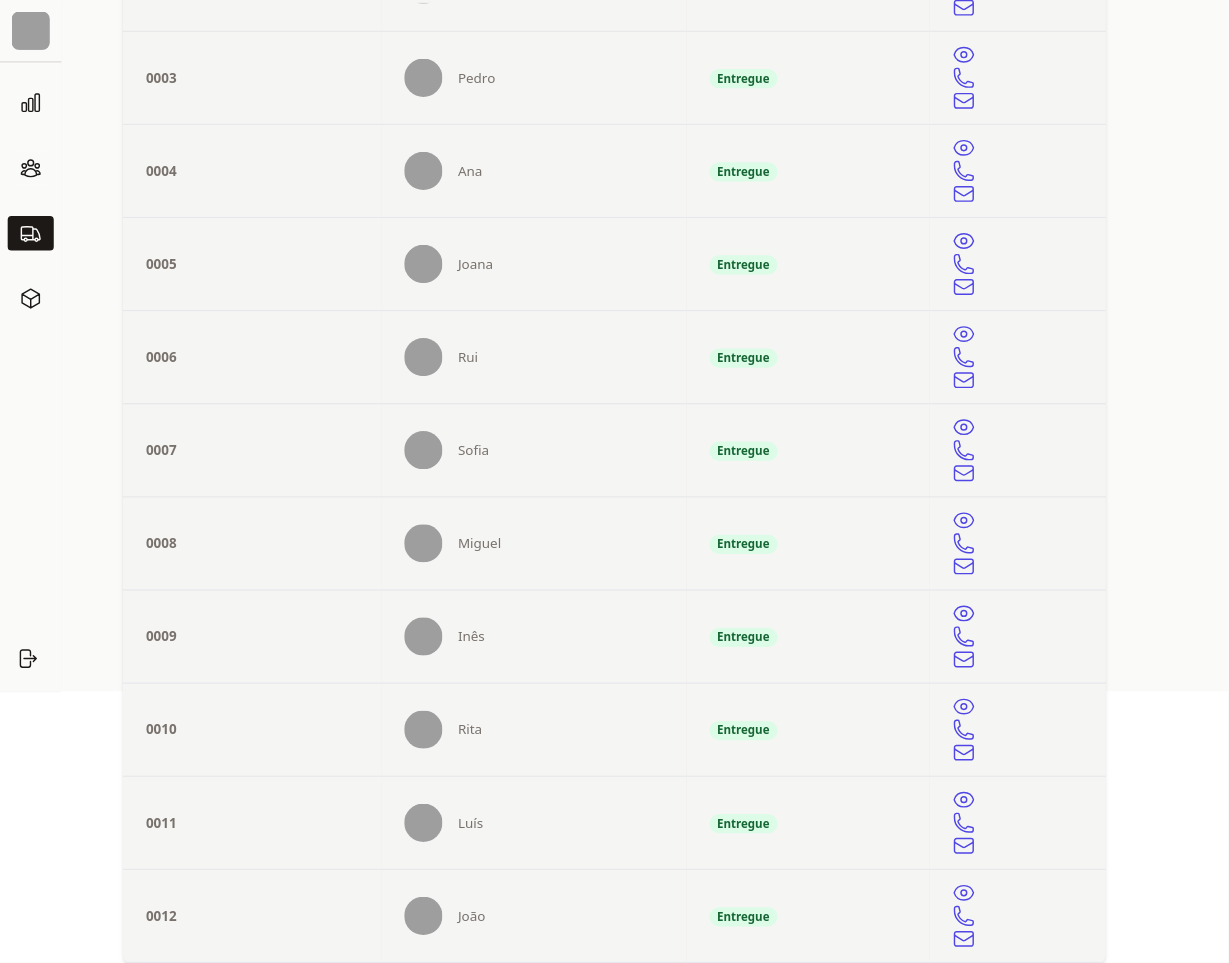
Repository: XavierOtavio/Cuzinhas
Page: /dashboard/orders
The author's editor kept a copy of each file at every save. The page is drawn from the files as they stood at one save, then again after the next save.
The browser window is 1280 px wide. The pictures show the whole page, at 96% of full size.
Pictures or frames that could not be fetched are drawn as grey boxes. The project was rebuilt for these pictures with package versions that can differ from the ones it lists, and the page was loaded fresh each time. Also part of the build but not shown: src/components/Logotipo.js, src/components/Header.js, src/components/Dashboard.js, src/components/Login.js, src/components/Register.js, src/components/Home.js, src/components/LayoutFront.js.

Above is the page before, as saved 2023-03-08 15:40:14.

### src/App.js
import { Route, Routes } from "react-router-dom";
import Header from "./components/Header";
import LayoutBackend from "./components/LayoutBackend";
import Dashboard from "./components/Dashboard";
import Orders from "./components/Orders";
import Login from "./components/Login";
import Register from "./components/Register";
import Home from "./components/Home";
import LayoutFront from "./components/LayoutFront";

function App() {
  return (
    <div className="App">
      <Routes>
        <Route path="/dashboard" element={<LayoutBackend />}>
          <Route path="" element={<Dashboard />} />
          <Route path="orders" element={<Orders />} />
        </Route>
        <Route path="" element={<LayoutFront />}>
          <Route path="/" element={<Home />} />
        </Route>
        <Route path="/login" element={<Login />} />
        <Route path="/register" element={<Register />} />
      </Routes>
    </div>
  );
}

export default App;

### src/components/LayoutBackend.js
import React from "react";
import SideBar from "./SideBar";
import { Outlet } from "react-router-dom";

export default function LayoutBackend() {
  return (
    <>
      <div className="absolute h-screen w-screen">
        <SideBar />
        <div className="relative flex h-full items-center justify-center bg-stone-50">
          <Outlet />
        </div>
      </div>
    </>
  );
}

### src/components/Orders.js
import { EyeIcon, PhoneIcon, EnvelopeIcon } from "@heroicons/react/24/outline";
import { useState } from "react";

export default function Orders() {
  const [search, setSearch] = useState({ status: "" });
  let orders = [
    {
      id: "0001",
      name: "José",
      profilePhoto:
        "https://fd230791b4.cbaul-cdnwnd.com/6573da65277e34d2c8f10c32c9f32cbf/200000001-4c1aa4d753/1246700716628_f.jpg",
      status: "Canceled",
      phone: "912345678",
      email: "jose@cuzinhas.pt",
    },
    {
      id: "0002",
      name: "Maria",
      status: "Refunded",
      phone: "912345678",
      email: "jose@cuzinhas.pt",
    },
    {
      id: "0003",
      name: "Pedro",
      profilePhoto:
        "https://media.npr.org/assets/img/2022/11/08/ap22312071681283-0d9c328f69a7c7f15320e8750d6ea447532dff66.jpg",
      status: "PendingPayment",
      phone: "912345678",
      email: "jose@cuzinhas.pt",
    },
    {
      id: "0004",
      name: "Ana",
      profilePhoto:
        "https://politics.princeton.edu/sites/default/files/styles/square/public/images/Aseel%20Profile%20Pic.jpg?h=96281f56&itok=_XvylDKQ",
      status: "Assembling",
      phone: "912345678",
      email: "jose@cuzinhas.pt",
    },
    {
      id: "0005",
      name: "Joana",
      profilePhoto:
        "https://politics.princeton.edu/sites/default/files/styles/square/public/images/YutianAn0919_0004.jpg?h=6bb51d0e&itok=D-1_EYgw",
      status: "Scheduling",
      phone: "912345678",
      email: "jose@cuzinhas.pt",
    },
    {
      id: "0006",
      name: "Rui",
      profilePhoto:
        "https://politics.princeton.edu/sites/default/files/styles/square/public/images/p-5.jpeg?h=87dbaab7&itok=ub6jAL5Q",
      status: "Scheduled",
      phone: "912345678",
      email: "jose@cuzinhas.pt",
    },
    {
      id: "0007",
      name: "Sofia",
      profilePhoto:
        "https://politics.princeton.edu/sites/default/files/styles/square/public/images/Elizabeth-Bachman_092721_0003.jpg?h=102c6dce&itok=uL0Sbls1",
      status: "Canceled",
      phone: "912345678",
      email: "jose@cuzinhas.pt",
    },
    {
      id: "0008",
      name: "Miguel",
      profilePhoto:
        "https://politics.princeton.edu/sites/default/files/styles/square/public/images/GordonArsenoff_072721_0014-edit%20%281%29.jpg?h=39a78a6d&itok=hgDXBQsE",
      status: "Refunded",
      phone: "912345678",
      email: "jose@cuzinhas.pt",
    },
    {
      id: "0009",
      name: "Inês",
      profilePhoto:
        "https://politics.princeton.edu/sites/default/files/styles/square/public/images/p-4.jpeg?h=6d5fbd74&itok=UAzUQXdO",
      status: "PendingPayment",
      phone: "912345678",
      email: "jose@cuzinhas.pt",
    },
    {
      id: "0010",
      name: "Rita",
      profilePhoto:
        "https://politics.princeton.edu/sites/default/files/styles/square/public/images/Al-Shami.jpeg?h=227444a7&itok=hmE_Lctk",
      status: "Assembling",
      phone: "912345678",
      email: "jose@cuzinhas.pt",
    },
    {
      id: "0011",
      name: "Luís",
      profilePhoto:
        "https://politics.princeton.edu/sites/default/files/styles/square/public/images/Alkhawaldeh_Headshot.jpg?h=6a43611b&itok=RFd3qC78",
      status: "Scheduling",
      phone: "912345678",
      email: "jose@cuzinhas.pt",
    },
    {
      id: "0012",
      name: "João",
      profilePhoto:
        "https://politics.princeton.edu/sites/default/files/styles/square/public/images/Greg%20Amusu%20Department%20Photo%20%28002%29%202.jpeg?itok=lqtdmKJB",
      status: "Scheduled",
      phone: "912345678",
      email: "jose@cuzinhas.pt",
    },
  ];

  const filteredOrders = orders.filter((order) => {
    if (search.status === "") {
      return order;
    } else if (order.status === search.status) {
      return order;
    }
  });

  return (
    <div className="w-full mx-32 overflow-x-auto shadow-md sm:rounded-lg bg-stone-200">
      <div className="flex items-center justify-between pb-4">
        <div className="relative mx-6 my-3 flex-1">
          <select
            required
            value={search.admin}
            name="adminCheck"
            id="adminCheck"
            onChange={(e) =>
              setSearch((search) => ({ status: e.target.value }))
            }
            className="peer block w-full appearance-none border-0 border-b-2 border-gray-300 bg-transparent px-0 py-2.5 text-sm text-gray-900 focus:border-red-600 focus:outline-none focus:ring-0 "
          >
            <option value={""}>Todos</option>
            <option value={"Canceled"}>Cancelado</option>
            <option value={"Refunded"}>Reembolsado</option>
            <option value={"PendingPayment"}>À espera de pagamento</option>
            <option value={"Assembling"}>Em produção</option>
            <option value={"Scheduling"}>À espera de agendamento</option>
            <option value={"Scheduled"}>Agendado</option>
            <option value={"Assembling"}>Em instalação</option>
            <option value={"Done"}>Concluido</option>
          </select>
          <label
            htmlFor="adminCheck"
            className="absolute top-3 -z-10 origin-[0] -translate-y-6 scale-75 transform text-sm text-gray-500 duration-300 peer-placeholder-shown:translate-y-0 peer-placeholder-shown:scale-100 peer-focus:left-0 peer-focus:-translate-y-6 peer-focus:scale-75 peer-focus:font-medium peer-focus:text-orange-500"
          >
            Tipo de utilizador
          </label>
        </div>
        <div className="flex-[4]" />
      </div>
      <table className="w-full text-sm text-left text-stone-500">
        <thead className="text-xs text-stone-900 uppercase ">
          <tr>
            <th className="px-6 py-3" scope="col">
              Encomenda
            </th>
            <th className="px-6 py-3" scope="col">
              Cliente
            </th>
            <th className="px-6 py-3" scope="col">
              Estado
            </th>
            <th className="px-6 py-3" scope="col">
              Ações
            </th>
          </tr>
        </thead>
        <tbody>
          {filteredOrders.map((order) => (
            <tr key={order.id} className="bg-stone-100 border-b">
              <th
                scope="row"
                className="px-6 py-3 whitespace-nowrap cursor-pointer"
              >
                {order.id}
              </th>
              <td className="px-6 py-3 whitespace-nowrap cursor-pointer">
                <div className="flex items-center">
                  <div className="flex-shrink-0 h-10 w-10">
                    <img
                      className="h-10 w-10 rounded-full"
                      src={order.profilePhoto}
                      alt=""
                    />
                  </div>
                  <div className="ml-4">
                    <div className="text-sm font-medium">{order.name}</div>
                  </div>
                </div>
              </td>
              <td className="px-6 py-3 whitespace-nowrap">
                <span className="px-2 inline-flex text-xs leading-5 font-semibold rounded-full bg-green-100 text-green-800">
                  Entregue
                </span>
              </td>
              <td className="px-6 py-3">
                <div className="inline-grid col-span-3">
                  <EyeIcon className="text-indigo-600 hover:text-indigo-900 cursor-pointer w-6" />
                  <a href={`tel:${order.phone}`}>
                    <PhoneIcon className="text-indigo-600 hover:text-indigo-900 cursor-pointer w-6" />
                  </a>
                  <a href={`mail:${order.email}`}>
                    <EnvelopeIcon className="text-indigo-600 hover:text-indigo-900 cursor-pointer w-6" />
                  </a>
                </div>
              </td>
            </tr>
          ))}
        </tbody>
      </table>
    </div>
  );
}

### src/components/SideBar.js
import React from "react";
import { Link, useLocation } from "react-router-dom";
import {
  ArrowRightOnRectangleIcon,
  ChartBarIcon,
  CubeIcon,
  TruckIcon,
  UserGroupIcon,
} from "@heroicons/react/24/outline";

export default function SideBar() {
  const location = useLocation();
  return (
    <div className="absolute inset-y-0 left-0 z-10 w-16 shadow-sm bg-stone-50">
      <div>
        <div className="inline-flex h-16 w-16 items-center justify-center">
          <Link
            to="/profile"
            className="group relative flex justify-center rounded"
          >
            <img
              alt="user"
              className="rounded-lg h-10 w-10"
              src="https://cdn.discordapp.com/attachments/1082425024104894666/1082799435727253584/xSVMV6xD9Cf7K56wjeEF--1--2htnr.jpg"
            />
            <span className="absolute left-full text-left whitespace-nowrap top-1/2 ml-4 -translate-y-1/2 rounded bg-stone-900 px-2 py-1.5 text-xs font-medium text-stone-50 opacity-0 group-hover:opacity-100">
              Perfil <p className="font-light">Xavier Otávio</p>
            </span>
          </Link>
        </div>
        <div className="border-t border-stone-300">
          <nav aria-label="Main" className="flex flex-col p-2">
            <div className="py-4">
              <Link
                to="/dashboard"
                className={`group relative flex  justify-center rounded  px-2 py-1.5  ${
                  location.pathname === "/dashboard"
                    ? "bg-stone-900 text-stone-50"
                    : "bg-stone-50 text-stone-900"
                }`}
              >
                <ChartBarIcon className="h-6 w-6" />
                <span className="absolute left-full top-1/2 ml-4 -translate-y-1/2 rounded bg-stone-900 px-2 py-1.5 text-xs font-medium text-stone-50 opacity-0 group-hover:opacity-100">
                  Dashboard
                </span>
              </Link>
            </div>
            <div className="py-4">
              <Link
                to="/dashboard/employees"
                className={`group relative flex  justify-center rounded  px-2 py-1.5  ${
                  location.pathname === "/dashboard/employees"
                    ? "bg-stone-900 text-stone-50"
                    : "bg-stone-50 text-stone-900"
                }`}
              >
                <UserGroupIcon className="h-6 w-6" />
                <span className="absolute left-full top-1/2 ml-4 -translate-y-1/2 rounded bg-stone-900 px-2 py-1.5 text-xs font-medium text-stone-50 opacity-0 group-hover:opacity-100">
                  Empregados
                </span>
              </Link>
            </div>
            <div className="py-4">
              <Link
                to="/dashboard/orders"
                className={`group relative flex  justify-center rounded  px-2 py-1.5  ${
                  location.pathname === "/dashboard/orders"
                    ? "bg-stone-900 text-stone-50"
                    : "bg-stone-50 text-stone-900"
                }`}
              >
                <TruckIcon className="h-6 w-6" />
                <span className="absolute left-full top-1/2 ml-4 -translate-y-1/2 rounded bg-stone-900 px-2 py-1.5 text-xs font-medium text-stone-50 opacity-0 group-hover:opacity-100">
                  Encomendas
                </span>
              </Link>
            </div>
            <div className="py-4">
              <Link
                to="/dashboard/stock"
                className={`group relative flex  justify-center rounded  px-2 py-1.5  ${
                  location.pathname === "/dashboard/stock"
                    ? "bg-stone-900 text-stone-50"
                    : "bg-stone-50 text-stone-900"
                }`}
              >
                <CubeIcon className="h-6 w-6" />
                <span className="absolute left-full top-1/2 ml-4 -translate-y-1/2 rounded bg-stone-900 px-2 py-1.5 text-xs font-medium text-stone-50 opacity-0 group-hover:opacity-100">
                  Matérias-primas
                </span>
              </Link>
            </div>
            <div className="py-4 bottom-0 absolute">
              <Link
                to="/"
                className="group relative flex  justify-center rounded bg-stone-50 px-2 py-1.5 text-stone-900"
              >
                <ArrowRightOnRectangleIcon className="h-6 w-6" />
                <span className="absolute left-full top-1/2 ml-4 -translate-y-1/2 rounded bg-stone-900 px-2 py-1.5 text-xs font-medium text-stone-50 opacity-0 group-hover:opacity-100">
                  Sair
                </span>
              </Link>
            </div>
          </nav>
        </div>
      </div>
    </div>
  );
}

Loaded but not shown: public/index.html (common file); src/index.js (common file); src/index.css (common file); src/reportWebVitals.js (common file); tailwind.config.js (common file)

After the next save:
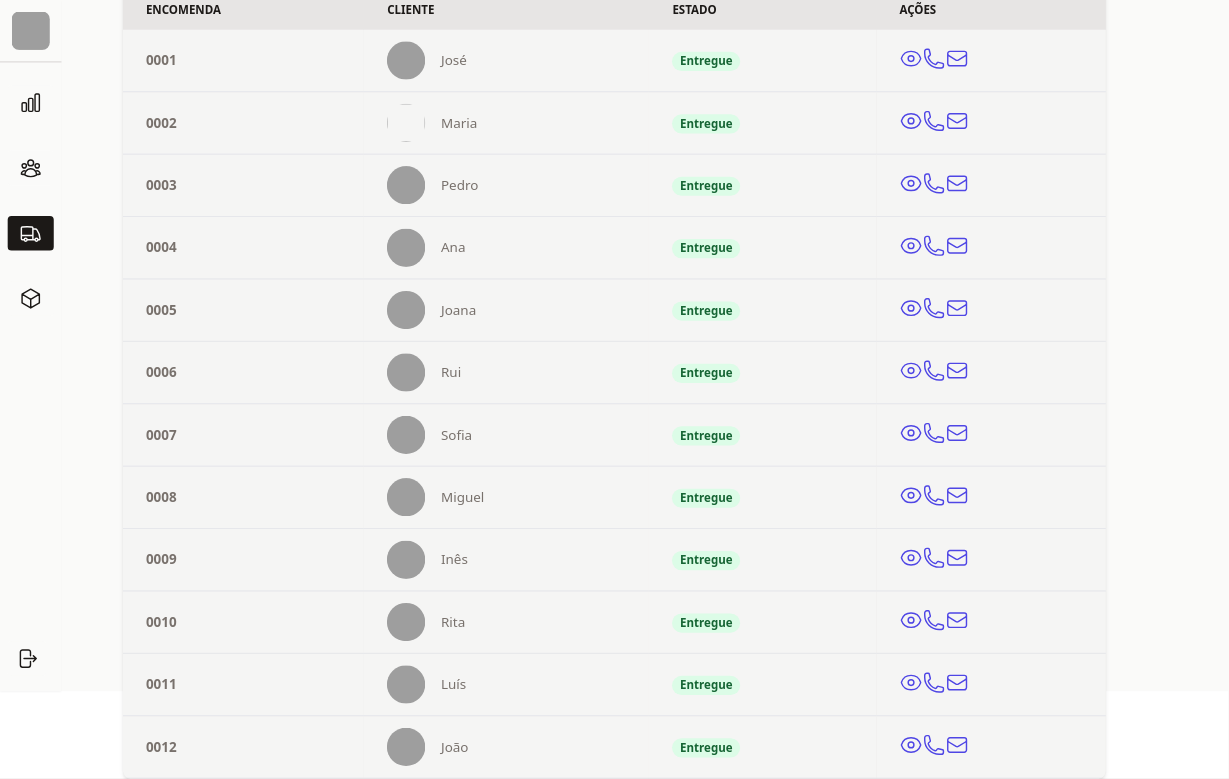
Saved 12 s later.
--- a/src/components/Orders.js
+++ b/src/components/Orders.js
@@ -199,7 +199,7 @@ export default function Orders() {
                 </span>
               </td>
               <td className="px-6 py-3">
-                <div className="inline-grid col-span-3">
+                <div className="inline-grid grid-cols-3">
                   <EyeIcon className="text-indigo-600 hover:text-indigo-900 cursor-pointer w-6" />
                   <a href={`tel:${order.phone}`}>
                     <PhoneIcon className="text-indigo-600 hover:text-indigo-900 cursor-pointer w-6" />
